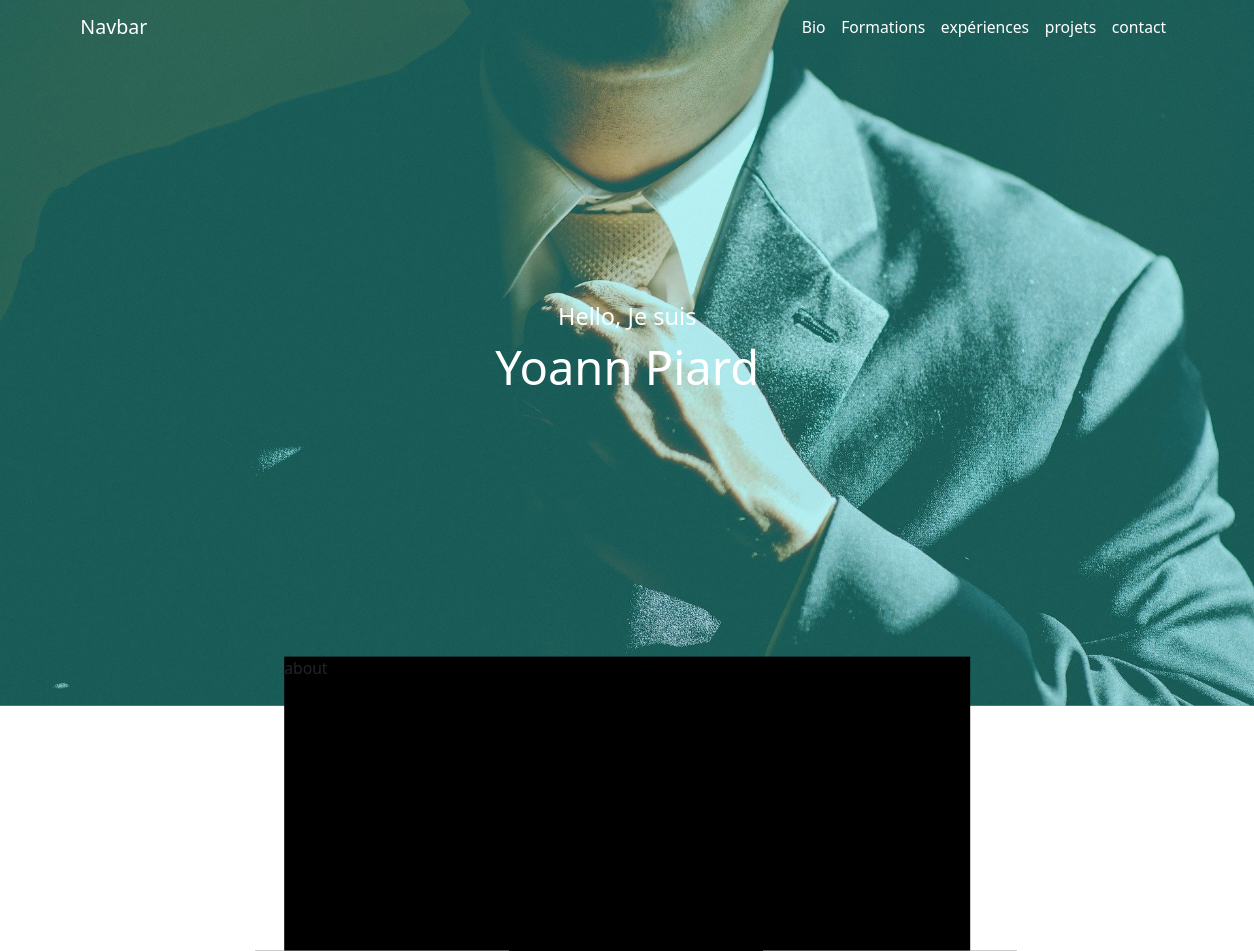
Repository: ypiard85/port-folio-bootstrap-yoann-2021
Page: index.html
The author's editor kept a copy of each file at every save. The page is drawn from the files as they stood at one save, then again after a run of saves.
The browser window is 1280 px wide. The pictures show the whole page, at 98% of full size.

Above is the page before, as saved 2021-03-09 12:32:31.

After the next 3 saves:
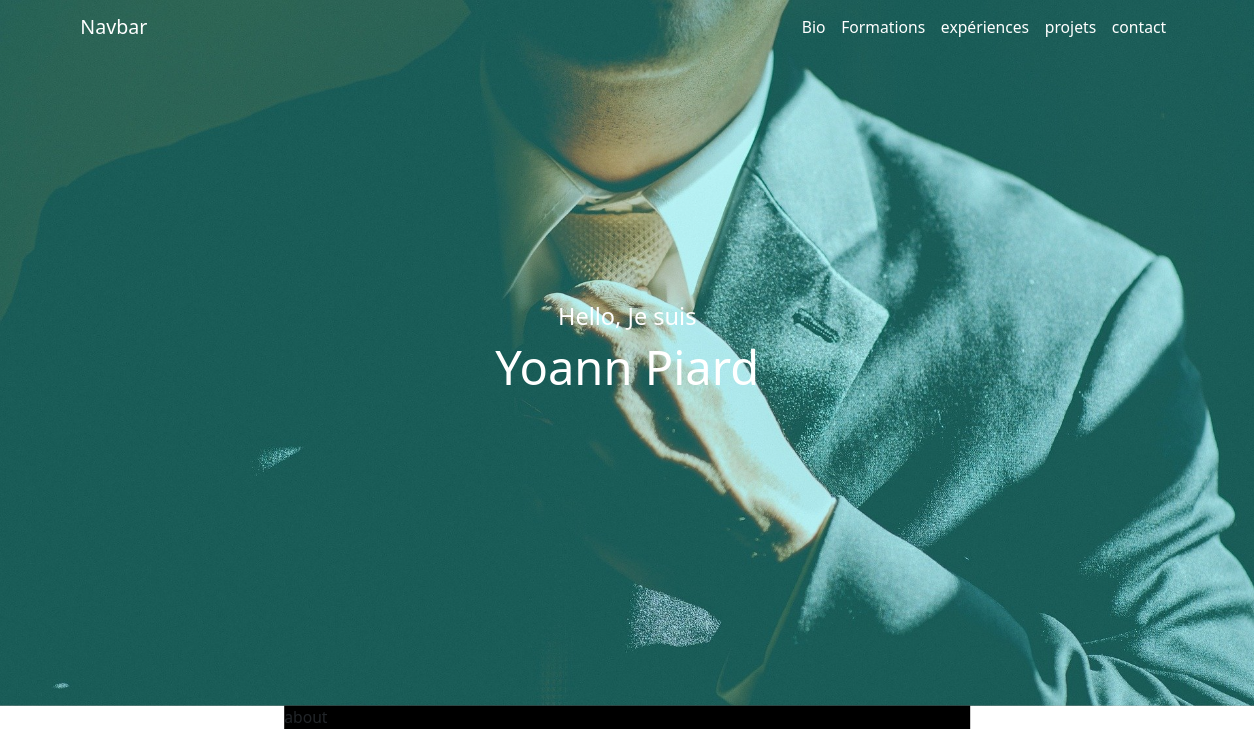
The 3 saves are shown as one change because they came seconds apart.
The last was saved 13 s later.
--- a/resource/style.css
+++ b/resource/style.css
@@ -25,6 +25,4 @@ header h1{
     width: 700px;
     margin: auto;
     background-color: black;
-    margin-top: -50px;
-    height: 300px;
 }
